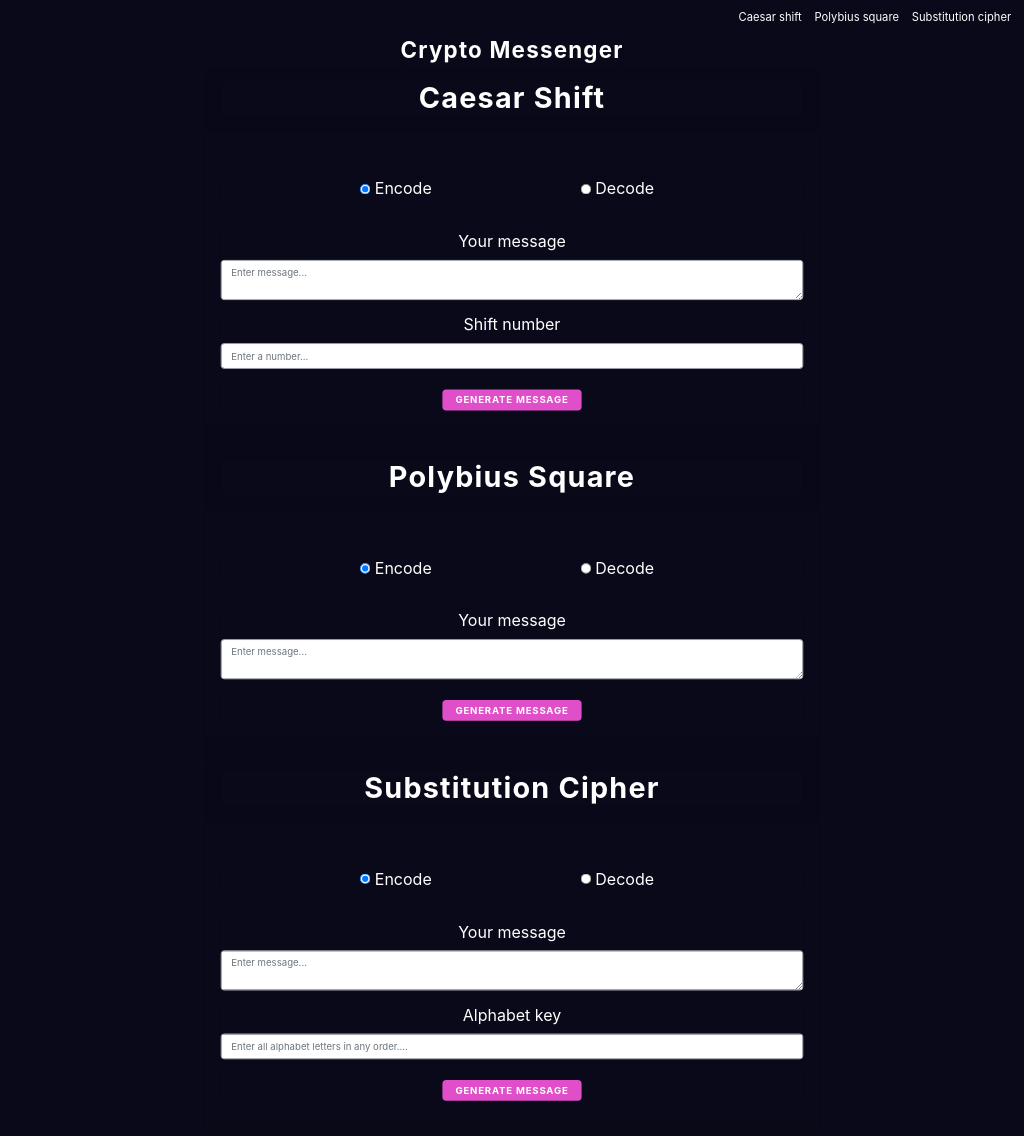
Repository: Rthompson2548/Project-Decoder-Ring
Page: index.html
An editor plug-in stored every save of this project. The page is shown before and after the next save, followed by the edit.
The browser window is 1280 px wide. The pictures show the whole page, at 80% of full size.

Above is the page before, as saved 2022-04-09 20:19:23.

After the next save:
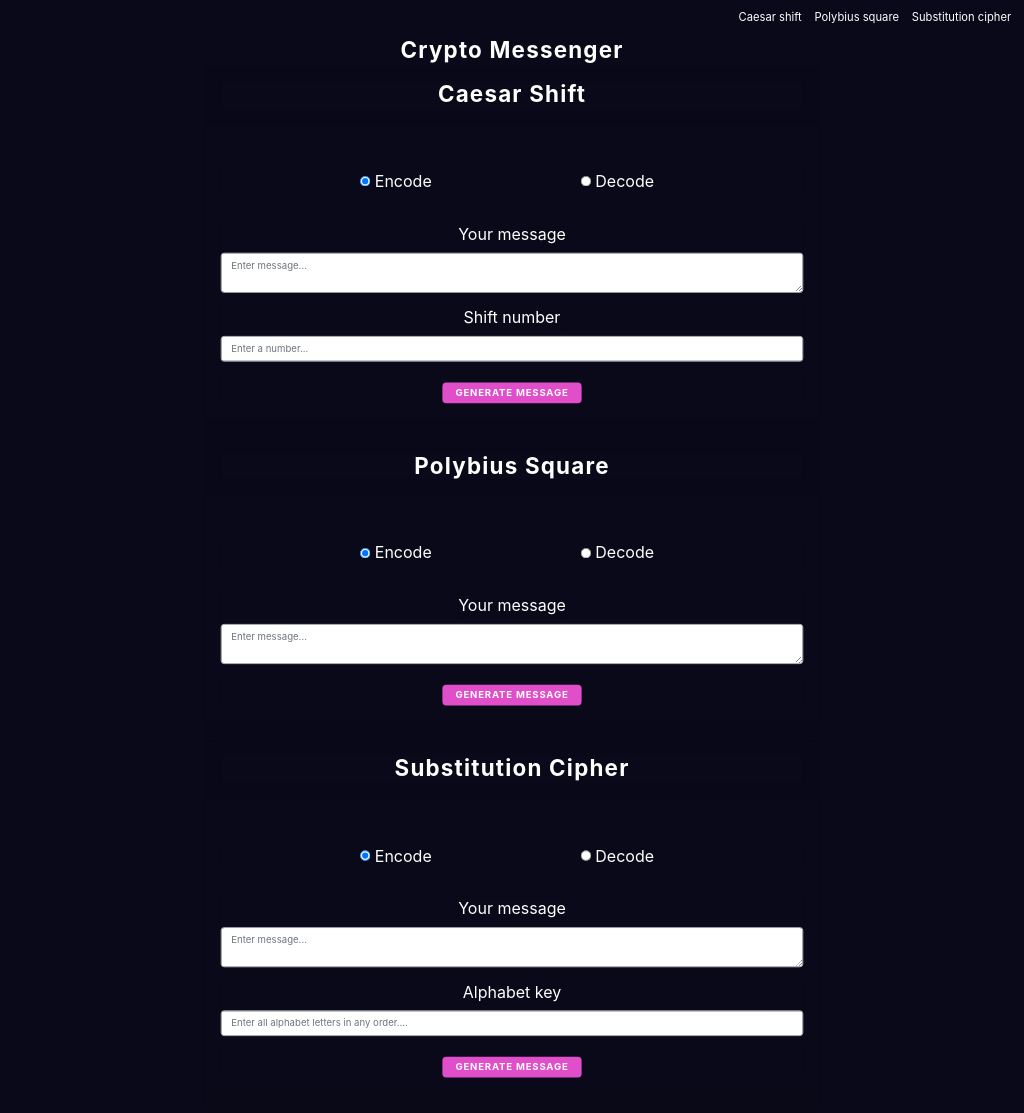
Saved 5 s later.
--- a/index.css
+++ b/index.css
@@ -74,7 +74,7 @@ label {
 }
 
 .language-card-title {
-  font-size: 36px !important;
+  font-size: 28px !important;
   font-weight: bold;
   letter-spacing: 1.5px;
   margin-top: 5px;
